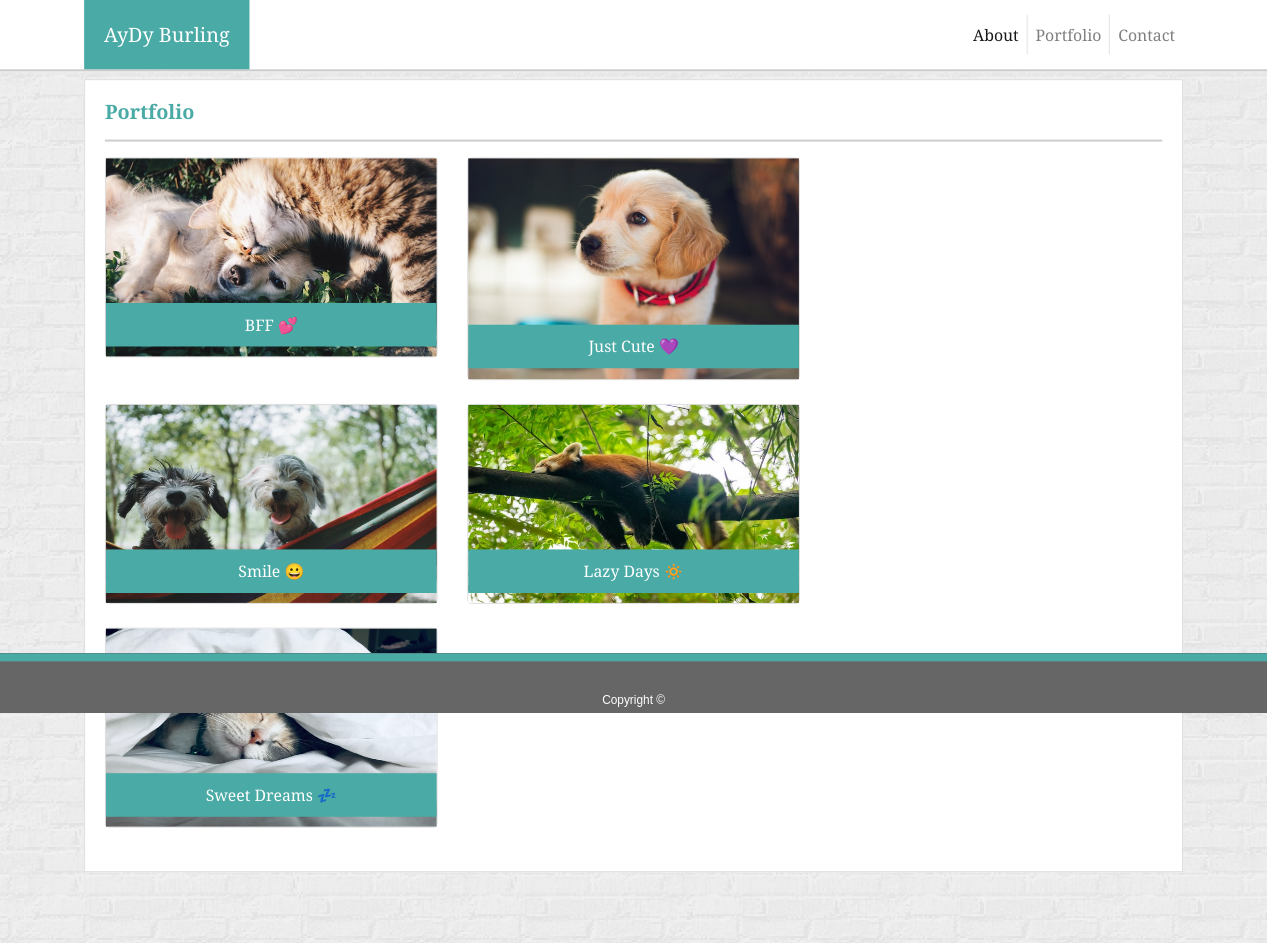
Repository: Dee1985/AyDy-Burling-prework
Page: Module-1_Assessment/portfolio.html
An editor plug-in stored every save of this project. The page is shown before and after the next save, followed by the edit.
The browser window is 1280 px wide. The pictures show the whole page, at 99% of full size.

Above is the page before, as saved 2020-05-22 23:28:14.

After the next save:
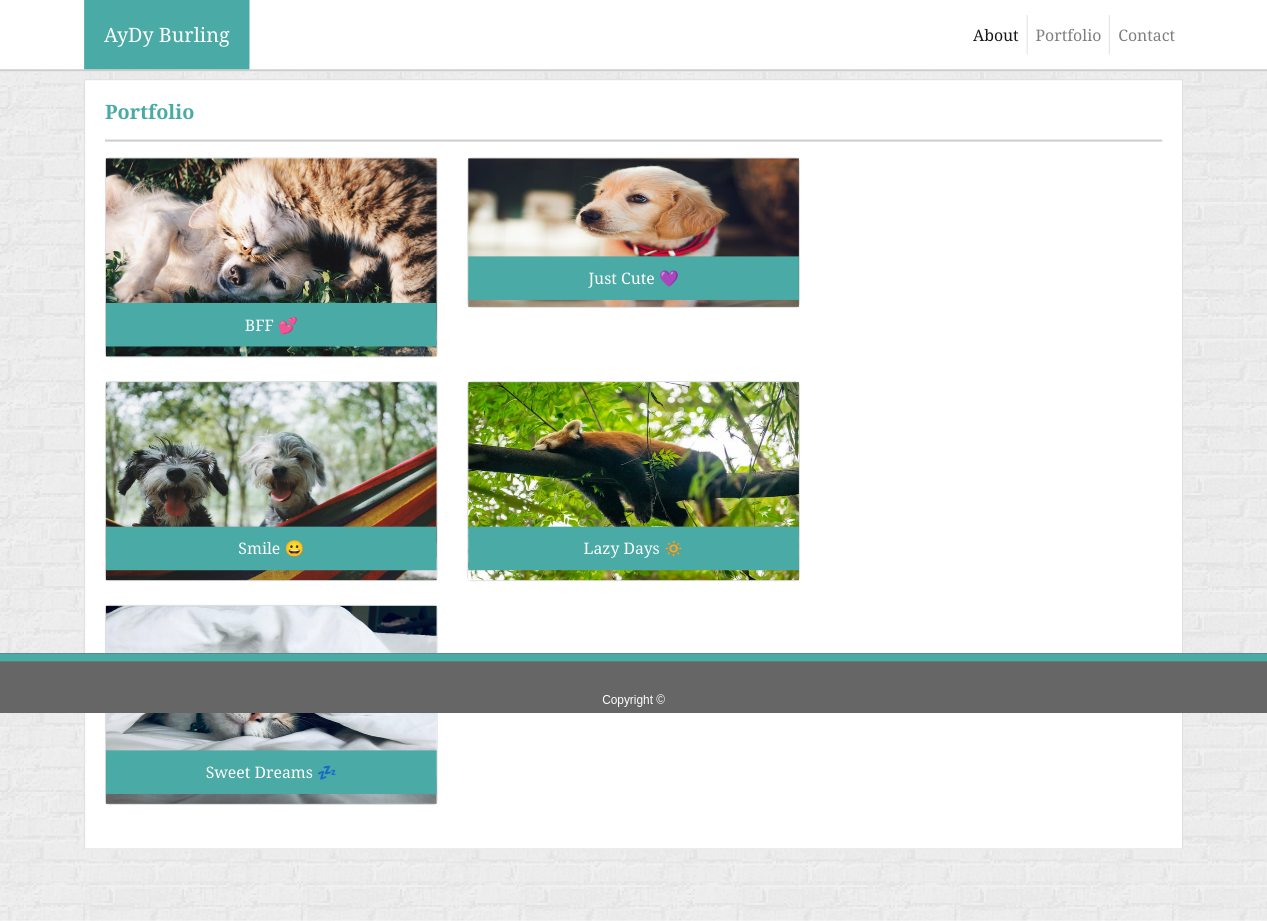
Saved 41 s later.
--- a/Module-1_Assessment/portfolio.html
+++ b/Module-1_Assessment/portfolio.html
@@ -58,7 +58,7 @@
               <!-- first card -->
                 <div class="col-4 mb-4">
                             <div class="card text-white">
-                                <img src="assets/img/krista-mangulsone-9gz3wfHr65U-unsplash.jpg" width="" height="200" alt="cat and dog cuddles">
+                                <img src="assets/img/krista-mangulsone-9gz3wfHr65U-unsplash.jpg" width="100%" height="200" alt="cat and dog cuddles">
                                 <div class="card-heading text-center">
                                     BFF 💕
                                 </div>
@@ -67,7 +67,7 @@
                <!-- second card -->
                 <div class="col-4 mb-4">
                             <div class="card text-white">
-                                <img src="assets/img/berkay-gumustekin-ngqyo2AYYnE-unsplash.jpg" width="100%" height="30%" alt="puppy pic">
+                                <img src="assets/img/berkay-gumustekin-ngqyo2AYYnE-unsplash.jpg" width="100%" height="150px" alt="puppy pic">
                                 <div class="card-heading text-center">
                                     Just Cute 💜
                                 </div>
